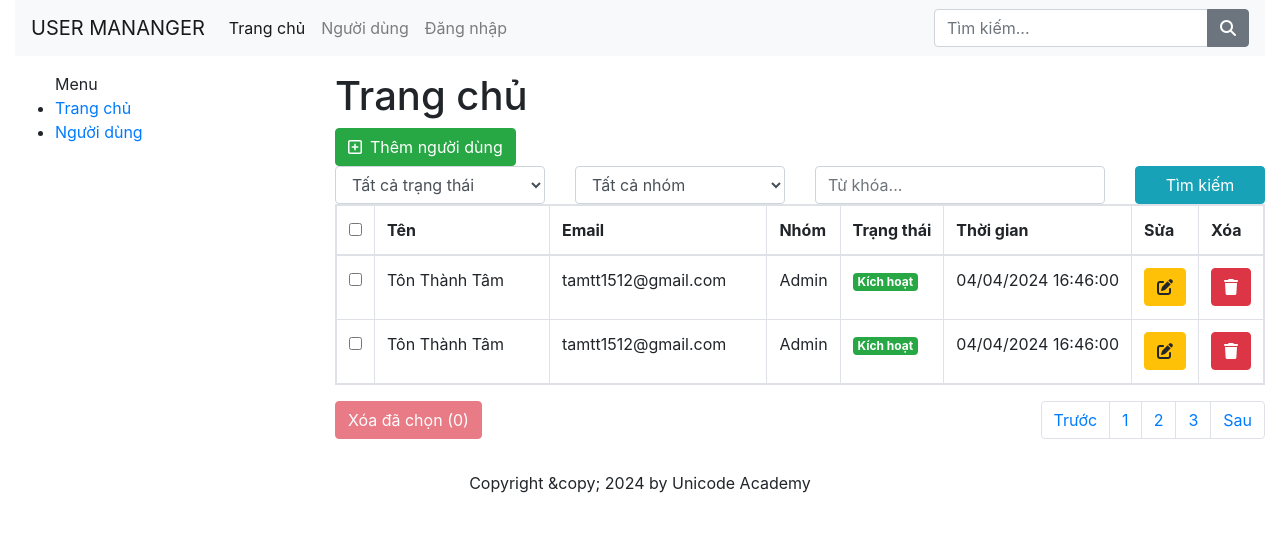
Repository: tam1512/USER_MANAGERMENT_MVC
Page: http://localhost/nguoi-dung
These files come from the project's save history. The page is drawn as it stood at one moment and after the next save; the edit follows.
The browser window is 1280 px wide. The pictures show the whole page.
The page is run by PHP 8.4 with error messages shown; the project is at /var/www/html/.

Above is the page before, as saved 2024-04-04 17:00:41.

After the next save:
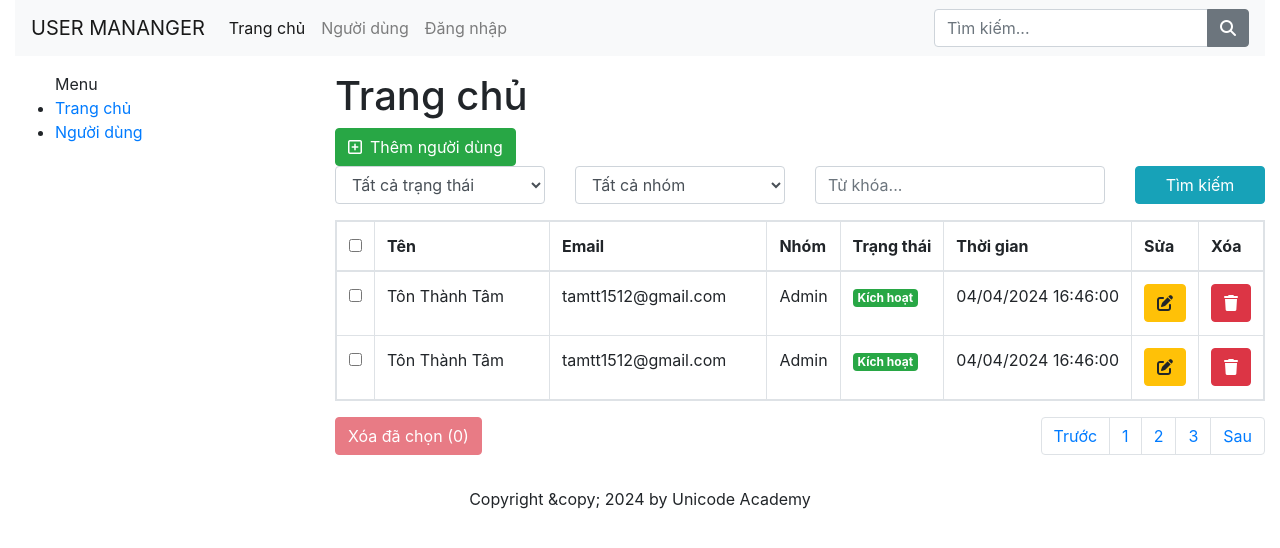
Saved 42 s later.
--- a/app/views/user/index.php
+++ b/app/views/user/index.php
@@ -1,6 +1,6 @@
 <div class="col-9">
    <h1>{{$title}}</h1>
-   <div class="row">
+   <div class="row mb-3">
       <div class="col-12">
          <a href="#" class="btn btn-success"><i class="fa-regular fa-square-plus mr-2"></i>Thêm người dùng</a>
       </div>
